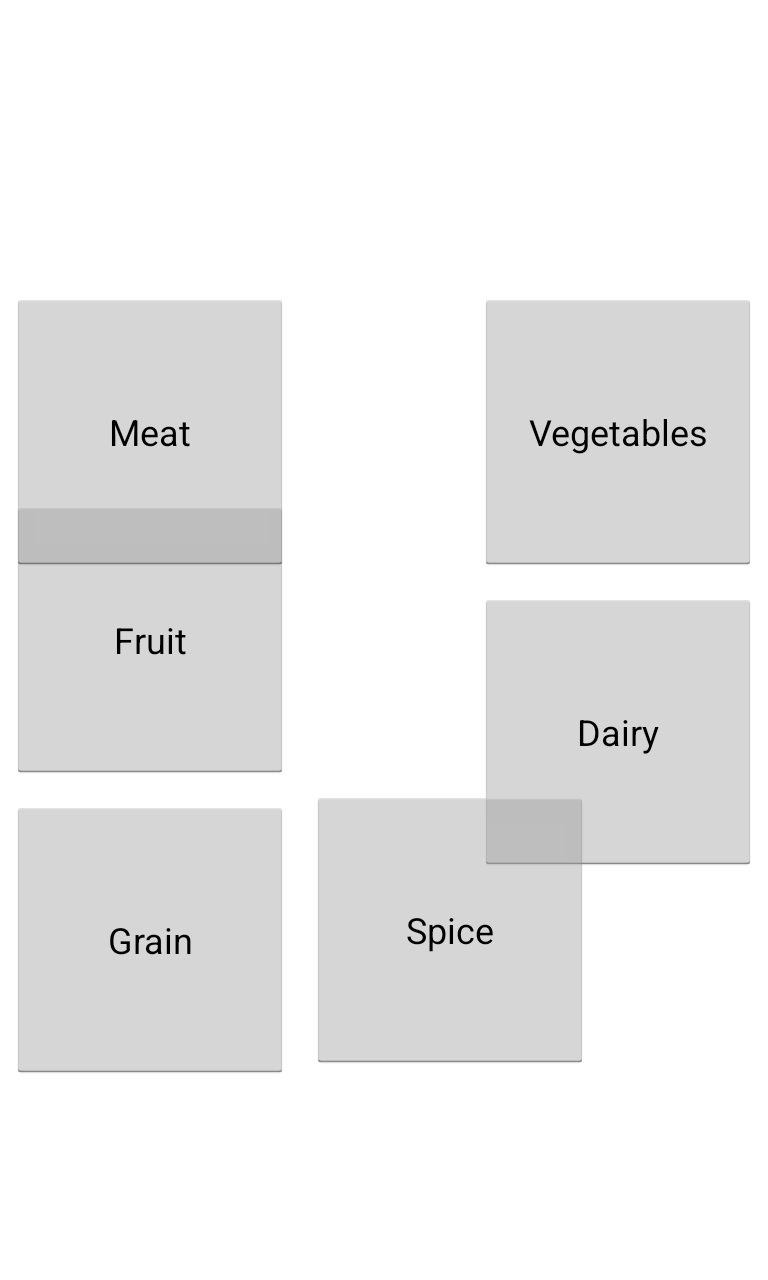
Repository: jmwood22/Boyardroid
Layout: Boyardroid/res/layout/activity_quick_recipe.xml
The author's editor kept a copy of each file at every save. The layout is drawn from the files as they stood at one save, then again after the next save.
It is drawn on a 768 x 1280 px phone screen (xhdpi) without system bars, with theme AppTheme; the app's code is not run.

Above is the layout before, as saved 2013-02-22 02:07:18.

After the next save:
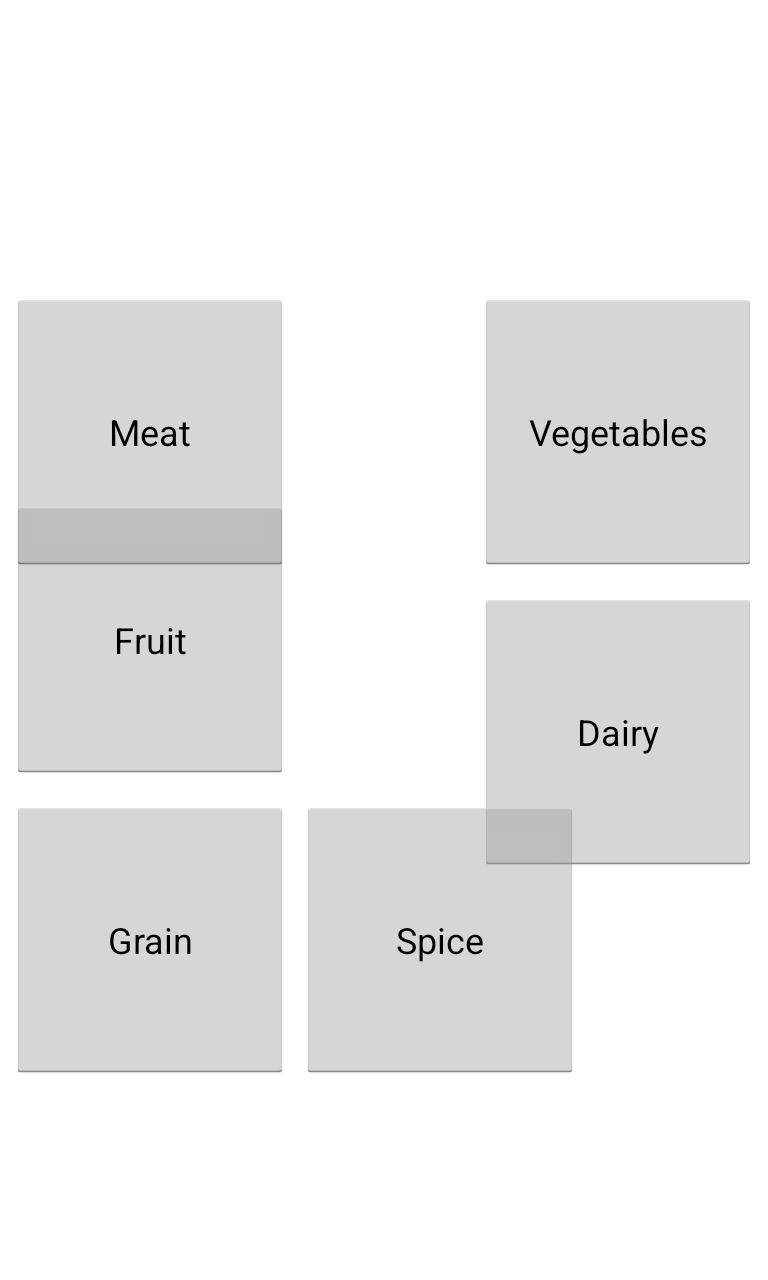
Saved 20 s later.
--- a/Boyardroid/res/layout/activity_quick_recipe.xml
+++ b/Boyardroid/res/layout/activity_quick_recipe.xml
@@ -55,7 +55,6 @@
         android:layout_width="140dp"
         android:layout_height="140dp"
         android:layout_alignBottom="@+id/grain"
-        android:layout_margin="5dip"
         android:layout_toRightOf="@+id/fruit"
         android:text="@string/spice" />
 
